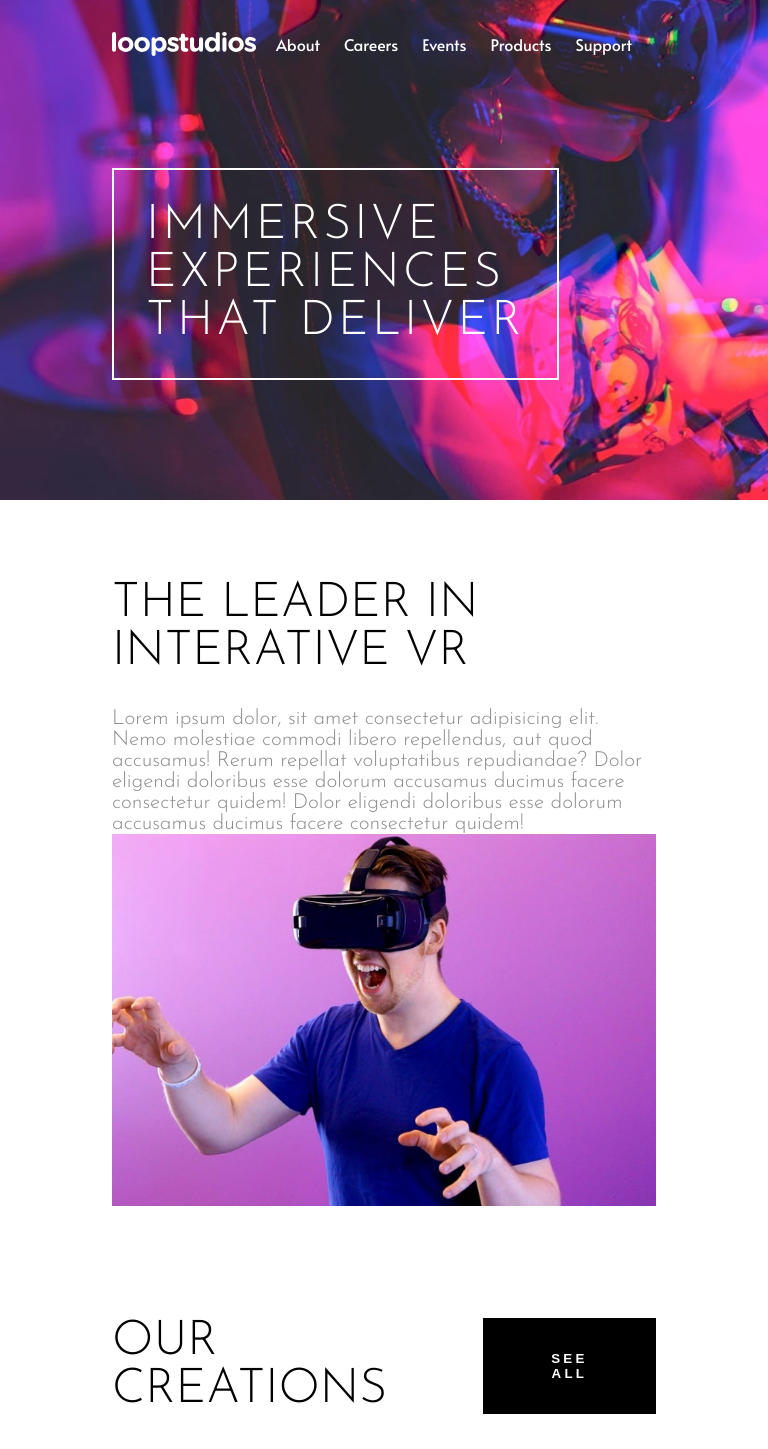
Repository: gligor99/loopstudios-fm
Page: /
These files come from the project's save history. The page is drawn as it stood at one moment and after the next save; the edit follows.
The browser window is 768 px wide. The pictures show the part of the page from y = 0 to 1449 px (the page is 6241 px tall before and 6212 px after).
Pictures or frames that could not be fetched are drawn as grey boxes. Backgrounds fixed to the window are drawn as part of the page. The project was rebuilt for these pictures with package versions that can differ from the ones it lists, and the page was loaded fresh each time.

Above is the page before, as saved 2021-11-28 22:16:18.

After the next save:
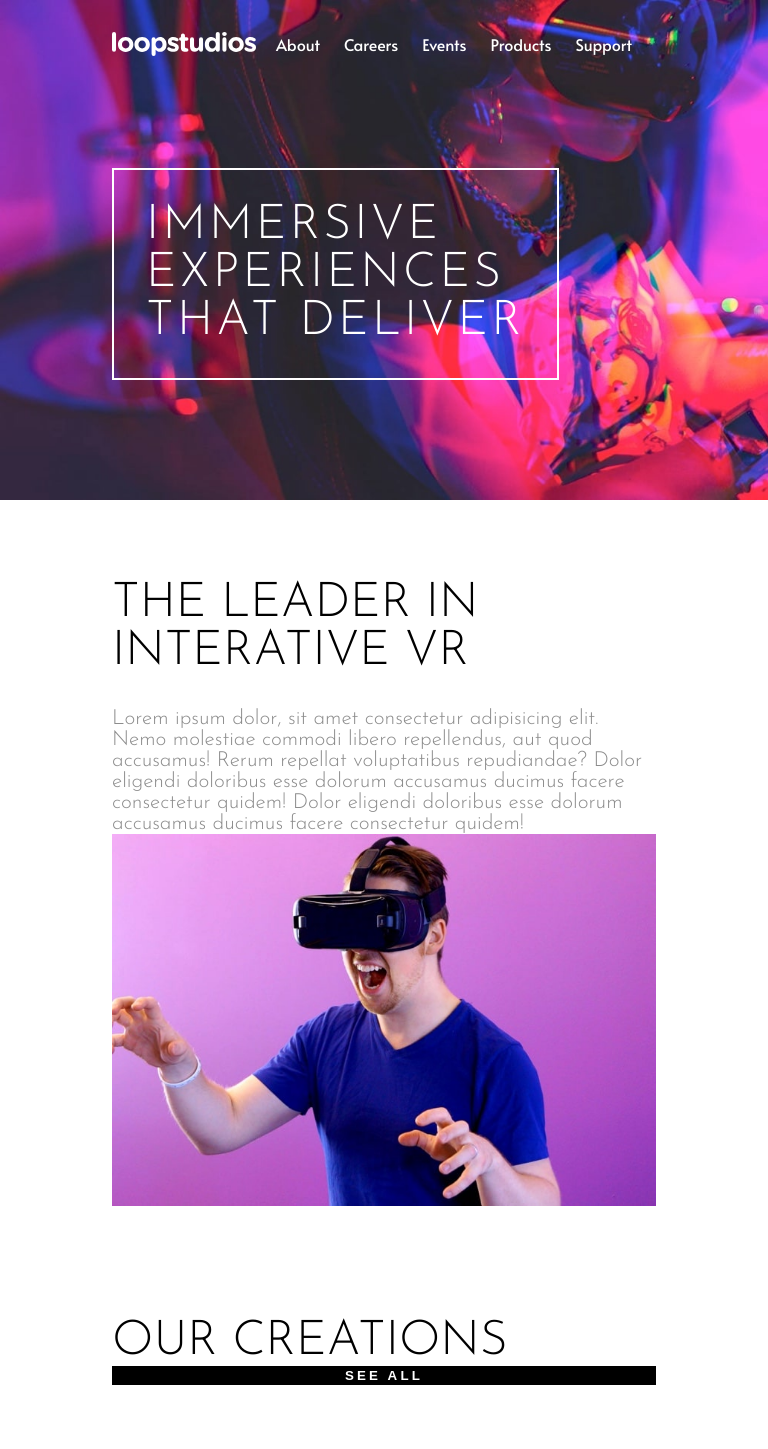
Saved 24 s later.
--- a/src/components/Creations/creations.css
+++ b/src/components/Creations/creations.css
@@ -41,5 +41,7 @@
 }
 
 @media only screen and (max-width: 840px) {
-
+  .creation-header{
+    flex-direction: column;
+  }
 }
